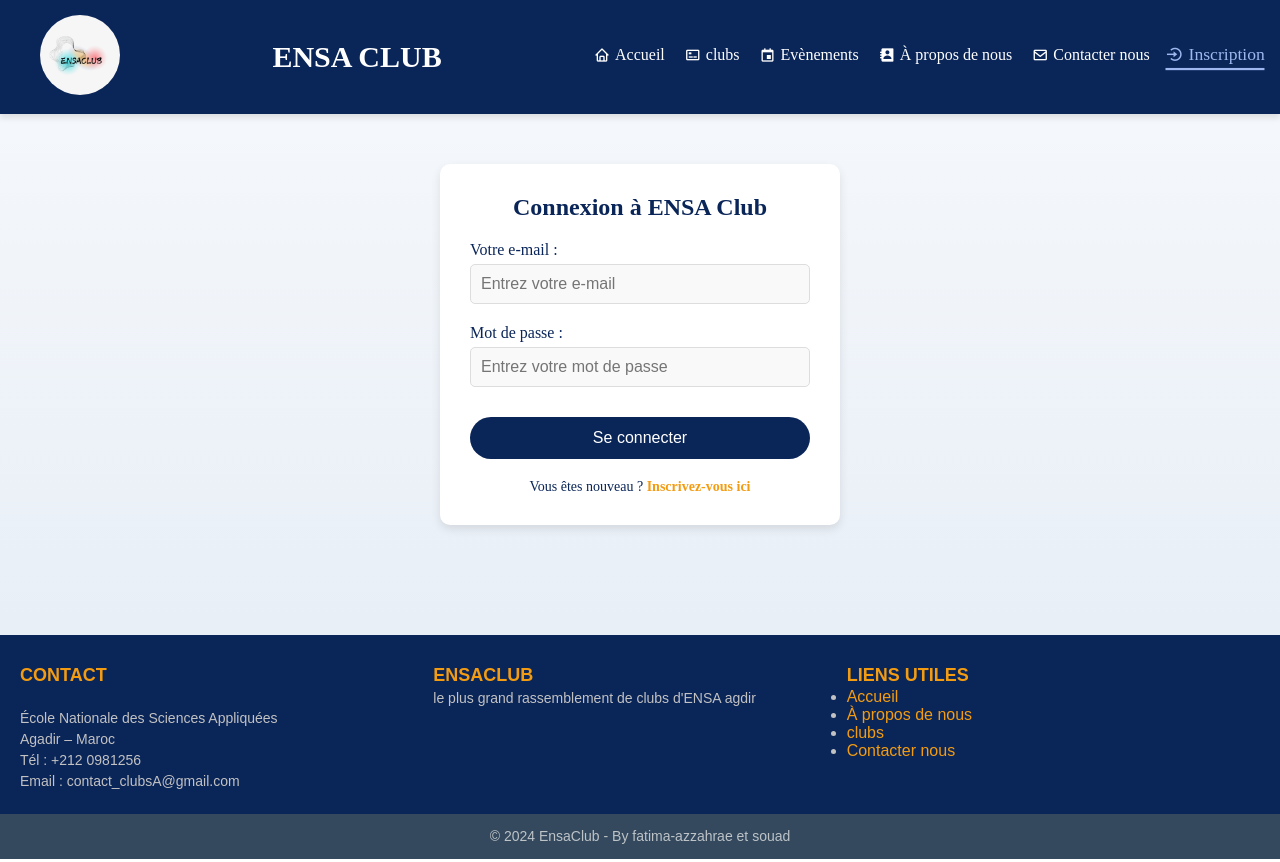
Repository: fati-smart/ENSAclub
Page: login.html
An editor plug-in stored every save of this project. The page is shown before and after the next save, followed by the edit.
The browser window is 1280 px wide. The pictures show the whole page.

Above is the page before, as saved 2024-12-02 17:11:45.

### login.html
<!DOCTYPE html>
<html>

<head>
    <meta charset="UTF-8">
    <meta name="viewport" content="width=device-width, initial-scale=1.0">
    <link href='https://unpkg.com/boxicons@2.1.4/css/boxicons.min.css' rel="stylesheet" />
    <link rel="stylesheet" href="style.css">
    <title>login</title>
</head>

<body>
    <header class="header">
        <div><img src="logo.png" alt="logo"></div>
        <div class="titre"><a href="index.html"><p>ENSA CLUB</p></a></div>
        <nav>

          <ul>
            <li><a href="index.html">
              <i class='bx bx-home'></i></i>Accueil</a></li>
              <li><a href="club.html">
                <i class='bx bx-credit-card-front'></i>clubs</a></li>
              <li><a href="evenement.html">
                <i class='bx bx-calendar-event' ></i>Evènements</a></li>
              <li><a href="propos.html">
                <i class='bx bxs-contact'></i>À propos de nous</a></li>
              <li><a href="Contact.html">
                <i class='bx bx-envelope'></i>Contacter nous</a></li>
              <li><a href="inscrip.html" class="active">
                <i class='bx bx-log-in-circle'></i>Inscription</a></li>
          </ul>


        </nav>
    </header>


    <section class="connexion">
      <div class="logFormulaire">
        <h1 class="titre-logFormulaire">Connexion à ENSA Club</h1>
        <form action="profil.html">
          <div class="form-group">
            <label for="email">Votre e-mail :</label>
            <input type="email" name="email" id="email" placeholder="Entrez votre e-mail" required />
          </div>
          <div class="form-group">
            <label for="password">Mot de passe :</label>
            <input type="password" name="password" id="password" placeholder="Entrez votre mot de passe" required />
          </div>
          <button type="submit" class="btn-submit">Se connecter</button>
        </form>
        <p class="lien-nouveau">
          Vous êtes nouveau ? <a href="inscrip.html">Inscrivez-vous ici</a>
        </p>
      </div>
    </section>



    <footer class="footer">
        <div class="footer-container">
            <div class="footer-content">
              <ul>
                <h3>CONTACT</h3><br />
                <p>École Nationale des Sciences Appliquées<br /> Agadir – Maroc<br />
                Tél : +212 0981256<br />
                Email : contact_clubsA@gmail.com<br />
              </p>
              </ul>
            </div>
            <div class="footer-section-info">
              <ul>
                <h3>EnsaClub</h3>
              <p> le plus grand rassemblement de clubs d'ENSA agdir </p>
              </ul>
            </div>
            <div class="footer-content">
                <h3>Liens utiles</h3>
                 <ul class="list">
                    <li><a href="index.html">Accueil</a></li>
                    <li><a href="propos.html">À propos de nous</a></li>
                    <li><a href="club.html">clubs</a></li>
                    <li><a href="Contact.html">Contacter nous</a></li>
                 </ul>
            </div>
        </div>
        <div class="footer-bottom">
          <p>© 2024 EnsaClub - By fatima-azzahrae et souad</p>
        </div>
    </footer>
</body>

</html>

### style.css
* {
    margin: 0;
    padding: 0;
    box-sizing: border-box;
  }

body {
    font-family: cursive;
    background-color: #f5f6fa;
    overflow-x: hidden;
    background: linear-gradient(to bottom, #f7f9fc, #e4ecf5);
}

/*******************************************HEADER************************************************/
.header {
    background-color: #0A2558;
    color: white;
    display: flex;
    align-items: center;
    justify-content: space-between;
    padding: 15px 20px;
    box-shadow: 0 4px 6px rgba(0, 0, 0, 0.1);
  }

  .header img {
    margin-left: 20px;
    width: 80px;
    height: 80px;
    border-radius: 50%;
  }

  .header .titre a {
    text-decoration: none;
    color: white;
    font-size: 26px;
    font-weight: bold;
  }

  nav ul {
    list-style: none;
    display: flex;
    gap: 20px;
  }

  nav ul li a {
    color: white;
    text-decoration: none;
    font-size: 16px;
    display: flex;
    align-items: center;
    gap: 5px;
    transition: color 0.3s ease-in-out;
  }
  .header .titre p{
    font-size: 30px;
    font-weight: bold;
    color: #ffffff;
    margin: 0;
}

  nav ul li a:hover {
    color: #9eb8ef;
  }

  nav ul li a.active {
    border-bottom: 2px solid #9eb8ef;
    padding-bottom: 3px;
    color: #9eb8ef;
    transform: scale(1.1);

  }
/*************************************section CLUB***********************************************/
.club{
    margin-top: 50px;
    display: flex;
    align-items: center;
    justify-content: center;
    flex-wrap: wrap;
}

.club .carteClub{
    width: 350px;
    height: 420px;
    background-color: #e9ebed;
    border-radius: 12px;
    margin-left: 30px;
    margin-right: 30px;
    box-shadow: 0 4px 6px rgba(0, 0, 0, 0.1);
    position: relative;
}

.club .carteClub .imageClub {
    width: 100%;
    height: 45%;
    margin-left: 15px;
    margin-right: 15px;
    align-items: center;
}

.club .carteClub .imageClub img{
    width: 90%;
    height: 90%;
    margin-top: 10px;
    border-radius: 12px;
}

.club .carteClub .text{
    width: 90%;
    height: 90%;
    margin-left: 10px;
    text-align: center;
}

.club .carteClub .text p{
    text-align: left;
}

.club .carteClub .text strong{
    font-size: 25px;
    font-family: 'Franklin Gothic Medium', 'Arial Narrow', Arial, sans-serif;
    color: #0A2558;
}

.club .carteClub .text .jointure{
    color: #143c85d7;
}

.carteClub button {
    position: absolute;
    bottom: 10px;
    right: 15px;
    padding: 10px 20px;
    background-color: #ff1100;
    color: #fff;
    border: none;
    border-radius: 5px;
    cursor: pointer;
    width: 90px;
}

.carteClub button:hover {
    background-color: #d91103e0;
    transform: scale(1.1);

}

/****************************************section EVENMENT****************************************/
.event {
    display: flex;
    flex-wrap: wrap;
    justify-content: center;
    padding: 20px;
    margin-top: 30px;
    align-items: center;
    border-radius: 12px;
    gap:  40px 15px;
    max-width: 1400px;

}

.carteEvent {
    width: 340px;
    display: flex;
    flex-direction: column;
    height: 200px;
    background: #fff;
    border-radius: 10px;
    box-shadow: 0 4px 8px rgba(0, 0, 0, 0.1);
    overflow: hidden;
    transition: height 0.3s ease, box-shadow 0.3s ease;
    padding: 10px;
    position: relative;
    text-align: center;
    margin-left: 20px;
    margin-right: 20px;
    margin-top: 20px;
    margin-bottom: 20px;

}

.carteEvent:hover {
    box-shadow: 0 6px 12px rgba(0, 0, 0, 0.15);
}

.carteEvent .titreC {
    margin-bottom: 7px;
    margin-top: 7px;
}

.carteEvent .titreC strong{
    font-size: 19.2px;
    font-weight: bold;
    color: #007bff;
}

.carteEvent .titre {
    margin-bottom: 7px;
}

.carteEvent strong{
    color: #ff1100;
}

.carteEvent .dets {
    text-align: left;
}

.carteEvent .dets strong{
    color: #000000;
}

.carteEvent .dets a{
    text-decoration: none;
    color:#09b32d ;
}

.carteEvent .dets a:hover{
    color:#00ff37 ;
    font-size: 16px;
}
/****************************************INSCRIPTION**********************************************/
.inscription {
    background: linear-gradient(to bottom, #f7f9fc, #e4ecf5);
    padding: 50px 20px;
    display: flex;
    justify-content: center;
    align-items: center;
  }

  .formulaire {
    background: #ffffff;
    border-radius: 10px;
    box-shadow: 0px 4px 10px rgba(0, 0, 0, 0.1);
    padding: 30px;
    max-width: 500px;
    width: 100%;
    animation: fadeIn 1s ease-in-out;
  }

  .titre-formulaire {
    font-size: 24px;
    font-weight: bold;
    text-align: center;
    color: #0A2558;
    margin-bottom: 20px;
  }

  .form-group {
    margin-bottom: 20px;
  }

  .form-group label {
    font-size: 16px;
    color: #0A2558;
    display: block;
    margin-bottom: 5px;
  }

  .form-group input {
    width: 100%;
    padding: 10px;
    font-size: 16px;
    border: 1px solid #ddd;
    border-radius: 5px;
    outline: none;
    transition: border-color 0.3s;
  }

  .form-group input:focus {
    border-color: #f39c12;
  }

  .btn-submit {
    background-color: #0A2558;
    color: #ffffff;
    padding: 12px 20px;
    font-size: 16px;
    border: none;
    border-radius: 25px;
    cursor: pointer;
    width: 100%;
    margin-top: 10px;
    transition: background-color 0.3s, transform 0.3s;
  }

  .btn-submit:hover {
    background-color: #072042;
    transform: translateY(-3px);
  }

  .lien-membre {
    text-align: center;
    margin-top: 20px;
    font-size: 14px;
    color: #0A2558;
  }

  .lien-membre a {
    color: #f39c12;
    text-decoration: none;
    font-weight: bold;
  }

  .lien-membre a:hover {
    text-decoration: underline;
  }

  @keyframes fadeIn {
    from {
      opacity: 0;
      transform: translateY(20px);
    }
    to {
      opacity: 1;
      transform: translateY(0);
    }
  }

  @media (max-width: 768px) {
    .formulaire {
      padding: 20px;
    }

    .btn-submit {
      font-size: 14px;
    }
  }


/**********************************************login***********************************************/
.connexion {
    padding: 50px 20px;
    display: flex;
    justify-content: center;
    align-items: center;
  }

  .logFormulaire {
    background: #ffffff;
    border-radius: 10px;
    box-shadow: 0px 4px 10px rgba(0, 0, 0, 0.1);
    padding: 30px;
    max-width: 400px;
    width: 100%;
    animation: fadeIn 1s ease-in-out;
  }

  .titre-logFormulaire {
    font-size: 24px;
    font-weight: bold;
    text-align: center;
    color: #0A2558;
    margin-bottom: 20px;
  }

  .form-group {
    margin-bottom: 20px;
  }

  .form-group label {
    font-size: 16px;
    color: #0A2558;
    display: block;
    margin-bottom: 5px;
  }

  .form-group input {
    width: 100%;
    padding: 10px;
    font-size: 16px;
    border: 1px solid #ddd;
    border-radius: 5px;
    outline: none;
    transition: border-color 0.3s;
  }

  .form-group input:focus {
    border-color: #f39c12;
  }

  .btn-submit {
    background-color: #0A2558;
    color: #ffffff;
    padding: 12px 20px;
    font-size: 16px;
    border: none;
    border-radius: 25px;
    cursor: pointer;
    width: 100%;
    margin-top: 10px;
    transition: background-color 0.3s, transform 0.3s;
  }

  .btn-submit:hover {
    background-color: #072042;
    transform: translateY(-3px);
  }

  .lien-nouveau {
    text-align: center;
    margin-top: 20px;
    font-size: 14px;
    color: #0A2558;
  }

  .lien-nouveau a {
    color: #f39c12;
    text-decoration: none;
    font-weight: bold;
  }

  .lien-nouveau a:hover {
    text-decoration: underline;
  }

  @keyframes fadeIn {
    from {
      opacity: 0;
      transform: translateY(20px);
    }
    to {
      opacity: 1;
      transform: translateY(0);
    }
  }

  @media (max-width: 768px) {
    .logFormulaire {
      padding: 20px;
    }

    .btn-submit {
      font-size: 14px;
    }
  }

/*********************************************PROFIL**********************************************/
.profil {
    max-width: 800px;
    margin: 50px auto;
    padding: 20px;
    background: #fff;
    box-shadow: 0 4px 8px rgba(0, 0, 0, 0.276);
    border-radius: 10px;
}

.section-title {
    font-size: 28px;
    color: #2c3e50;
    text-align: center;
    margin-bottom: 20px;
}

.form-title {
    font-size: 20px;
    color: #34495e;
    margin-bottom: 15px;
}

.form-subtitle {
    font-size: 18px;
    color: #7f8c8d;
    margin-bottom: 10px;
}

.profile-section {
    display: flex;
    align-items: center;
    gap: 20px;
    margin-bottom: 30px;
    border-bottom: 1px solid #ddd;
    padding-bottom: 20px;
}

.profile-picture img {
    width: 120px;
    height: 120px;
    border-radius: 50%;
    object-fit: cover;
    border: 3px solid #db343442;
}

.profile-info .profile-name {
    font-size: 18px;
    font-weight: bold;
    color: #34495e;
}

.profile-info .profile-email {
    font-size: 14px;
    color: #555;
}

.forms-profil {
    display: flex;
    flex-wrap: wrap;
    gap: 30px;
}

.account-info,
.security-settings {
    flex: 1;
    min-width: 300px;
}

.form-group {
    margin-bottom: 15px;
}

.form-group label {
    display: block;
    font-size: 14px;
    color: #555;
    margin-bottom: 5px;
}

.form-group input {
    width: 100%;
    padding: 10px;
    border: 1px solid #ddd;
    border-radius: 5px;
    font-size: 14px;
    background-color: #f9f9f9;
}

.form-group input:focus {
    outline: none;
    border-color: #3498db;
    box-shadow: 0 0 5px rgba(52, 152, 219, 0.5);
}

.save-button {
    background-color: #3498db;
    color: #fff;
    padding: 10px 20px;
    border: none;
    border-radius: 5px;
    cursor: pointer;
    font-size: 14px;
    display: inline-block;
}

.save-button:hover {
    background-color: #2980b9;
}

.clubs-section .club-name {
    font-size: 16px;
    color: #2c3e50;
    margin-left: 10px;
}

.clubs-table {
    width: 100%;
    border-collapse: collapse;
    margin-top: 20px;
}

th, td {
    border: 1px solid #ddd;
    padding: 8px;
    text-align: center;
}

th {
    background-color: #f4f4f4;
    font-weight: bold;
}

.delete-btn {
    background-color: #e74c3c;
    color: white;
    border: none;
    padding: 5px 10px;
    cursor: pointer;
    border-radius: 3px;
}

.delete-btn:hover {
    background-color: #c0392b;
}
i.bx.bx-chevrons-left {
    margin-top: 20px;
    margin-left: 20px;
    font-size: 80px;
    color: #0742b1;
    transition: color 0.3s, transform 0.3s;
}

i.bx.bx-chevrons-left:hover {
    color: #2980b9;
    transform: translateX(-5px);
}



  /********************************a propos de nous************************************************/
.propos {
    background: linear-gradient(to bottom, #f7f9fc, #e4ecf5);
    padding: 50px 20px;
    color: #0A2558;
  }

  .propos-container {
    max-width: 800px;
    margin: 0 auto;
    text-align: center;
    animation: fadeIn 1s ease-in-out;
  }

  .propos-title {
    font-size: 36px;
    font-weight: bold;
    margin-bottom: 20px;
    color: #0A2558;
  }

  .propos-title span {
    color: #f39c12;
  }

  .propos-intro, .propos-objective, .propos-message, .propos-mission, .propos-footer {
    font-size: 18px;
    line-height: 1.6;
    margin-bottom: 20px;
  }

  .propos-list {
    list-style: none;
    padding: 0;
    margin: 20px 0;
    display: flex;
    justify-content: space-around;
    flex-wrap: wrap;
    gap: 10px;
  }

  .propos-list li {
    background: #f39c12;
    color: white;
    padding: 10px 20px;
    border-radius: 20px;
    font-size: 16px;
  }

  .propos-call-to-action {
    font-size: 18px;
    margin: 30px 0;
  }

  .propos-link {
    color: #f39c12;
    font-weight: bold;
    text-decoration: none;
  }

  .propos-link:hover {
    text-decoration: underline;
  }

  @keyframes fadeIn {
    from {
      opacity: 0;
      transform: translateY(20px);
    }
    to {
      opacity: 1;
      transform: translateY(0);
    }
  }

/********************************************FOOTER*************************************************/
.footer{
    height: 180px;
    background-color: #0A2558;
    margin-top: 60px;
    color: #ecf0f1;
    padding: 10px 0;
    font-family: Arial, sans-serif;
    text-align: center;
}

.footer-container {
    display: flex;
    justify-content: space-around;
    align-items: flex-start;
    flex-wrap: wrap;
    padding: 20px;
}

.footer-content, .footer-section-info {
    flex: 1;
    min-width: 300px;
    text-align: left;
    color: #c2c2c2;
}

.footer h3 {
    font-size: 18px;
    font-weight: bold;
    text-transform: uppercase;
    margin-bottom: 2px;
    color: #f39c12;
}

.footer p {
    font-size: 14px;
    line-height: 1.5;
    margin: 2px 0;
}

.footer a {
    color: #f39c12;
    text-decoration: none;
}

.footer a:hover {
    text-decoration: underline;
}

.footer-bottom {
    background-color: #34495e;
    color: #bdc3c7;
    padding: 10px;
    font-size: 12px;
}

/*****************************************CONTACT***************************************************/
.contact {
    background: linear-gradient(to bottom, #f5f7fa, #e4ecf5);
    padding: 40px 20px;
    text-align: center;
  }

  .contact-fieldset {
    border: 2px solid #0A2558;
    border-radius: 10px;
    padding: 30px;
    max-width: 600px;
    margin: 0 auto;
    box-shadow: 0px 4px 10px rgba(0, 0, 0, 0.1);
    background: #ffffff;
  }

  .contact-legend {
    font-size: 24px;
    font-weight: bold;
    color: #0A2558;
    padding: 0 10px;
    background: #f39c12;
    color: #ffffff;
    border-radius: 5px;
  }

  .form-group {
    margin-bottom: 20px;
    text-align: left;
  }

  .form-group label {
    font-size: 16px;
    color: #0A2558;
    display: block;
    margin-bottom: 5px;
  }

  .form-group input,
  .form-group textarea {
    width: 100%;
    padding: 10px;
    font-size: 16px;
    border: 1px solid #ddd;
    border-radius: 5px;
    outline: none;
    transition: border-color 0.3s;
  }

  .form-group input:focus,
  .form-group textarea:focus {
    border-color: #f39c12;
  }

  .btn-submit {
    background-color: #0A2558;
    color: #ffffff;
    padding: 12px 25px;
    font-size: 16px;
    border: none;
    border-radius: 25px;
    cursor: pointer;
    transition: background-color 0.3s, transform 0.3s;
  }

  .btn-submit:hover {
    background-color: #072042;
    transform: translateY(-3px);
  }

  @media (max-width: 768px) {
    .contact-fieldset {
      padding: 20px;
    }

    .btn-submit {
      width: 100%;
    }
  }

After the next save:
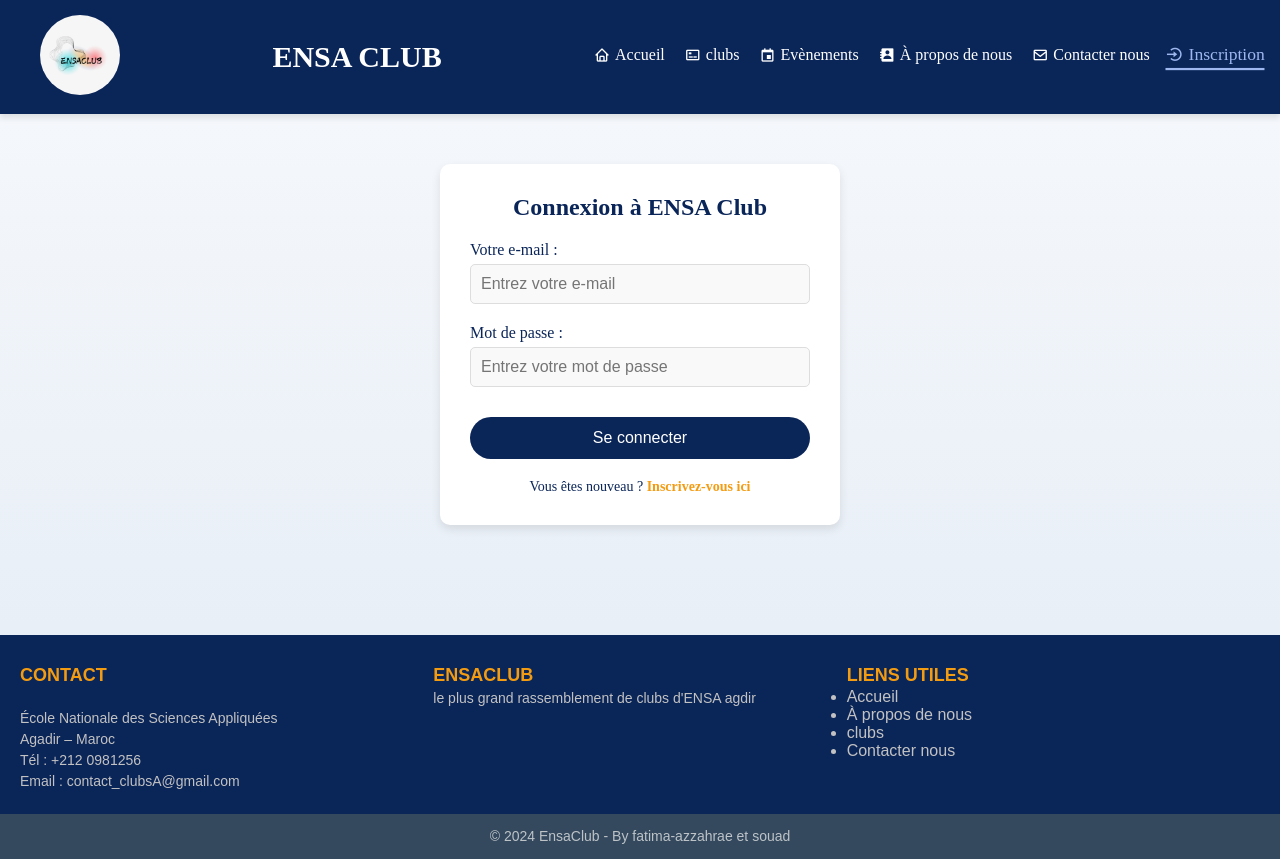
Saved 23 s later.
--- a/style.css
+++ b/style.css
@@ -710,7 +710,7 @@ i.bx.bx-chevrons-left:hover {
 }
 
 .footer a {
-    color: #f39c12;
+    color: #c2c2c2;
     text-decoration: none;
 }
 
